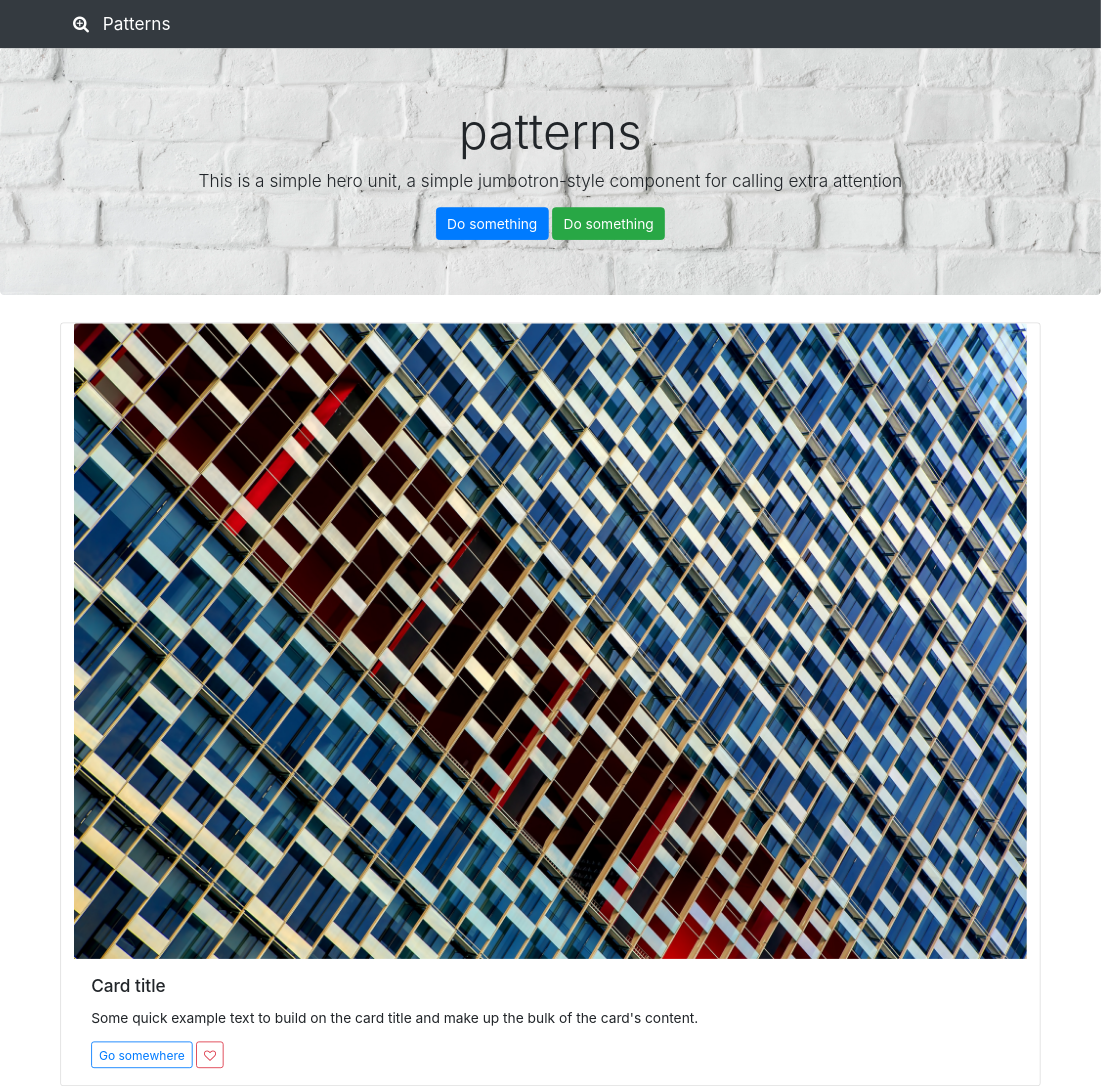
Repository: Mietlicha/patterns
Page: index.html
An editor plug-in stored every save of this project. The page is shown before and after the next save, followed by the edit.
The browser window is 1280 px wide. The pictures show the whole page, at 86% of full size.

Above is the page before, as saved 2019-10-24 11:41:22.

### index.html
<!DOCTYPE html>
<html lang="en">

<head>
    <meta charset="UTF-8">
    <meta name="viewport" content="width=device-width, initial-scale=1.0">
    <meta http-equiv="X-UA-Compatible" content="ie=edge">
    <title>Document</title>
    <link rel="stylesheet" href="style.css">
    <link rel="stylesheet" href="https://stackpath.bootstrapcdn.com/bootstrap/4.3.1/css/bootstrap.min.css"
        integrity="sha384-ggOyR0iXCbMQv3Xipma34MD+dH/1fQ784/j6cY/iJTQUOhcWr7x9JvoRxT2MZw1T" crossorigin="anonymous">
    <link rel="stylesheet" href="https://cdnjs.cloudflare.com/ajax/libs/font-awesome/4.7.0/css/font-awesome.min.css">

</head>

<body>
    <nav class="navbar navbar-dark bg-dark">
        <div class="container"><a class="navbar-brand" href="#"><i class="fa fa-search-plus mr-3" aria-hidden="true"></i>Patterns</a></div>
    </nav>
    <article>
    <section id="header" class="jumbotron">
        <div class="container text-center">
            <h1 class="display-4">patterns</h1>
            <p class="lead">This is a simple hero unit, a simple jumbotron-style component for calling extra attention</p>
            <a href="#" class="btn btn-primary">Do something</a>
            <a href="#" class="btn btn-success">Do something</a>
            </div>
            </section>

            <section class="card container"">
                    <img src="imgs/pattern1.jpeg" class="card-img-top" alt="pattern one">
                    <div class="card-body">
                      <h5 class="card-title">Card title</h5>
                      <p class="card-text">Some quick example text to build on the card title and make up the bulk of the card's content.</p>
                      <a href="#" class="btn btn-outline-primary btn-sm">Go somewhere</a>
                      <a href="#" class="btn btn-outline-danger btn-sm"><i class="fa fa-heart-o" aria-hidden="true"></i></a>
                    </div>
                  </>
        </article>


    <script src="https://code.jquery.com/jquery-3.3.1.slim.min.js"
        integrity="sha384-q8i/X+965DzO0rT7abK41JStQIAqVgRVzpbzo5smXKp4YfRvH+8abtTE1Pi6jizo"
        crossorigin="anonymous"></script>
    <script src="https://cdnjs.cloudflare.com/ajax/libs/popper.js/1.14.7/umd/popper.min.js"
        integrity="sha384-UO2eT0CpHqdSJQ6hJty5KVphtPhzWj9WO1clHTMGa3JDZwrnQq4sF86dIHNDz0W1"
        crossorigin="anonymous"></script>
    <script src="https://stackpath.bootstrapcdn.com/bootstrap/4.3.1/js/bootstrap.min.js"
        integrity="sha384-JjSmVgyd0p3pXB1rRibZUAYoIIy6OrQ6VrjIEaFf/nJGzIxFDsf4x0xIM+B07jRM"
        crossorigin="anonymous"></script>
</body>

</html>

### style.css
#header{
    background: url(imgs/header.jpeg) center / cover no-repeat;
}

After the next save:
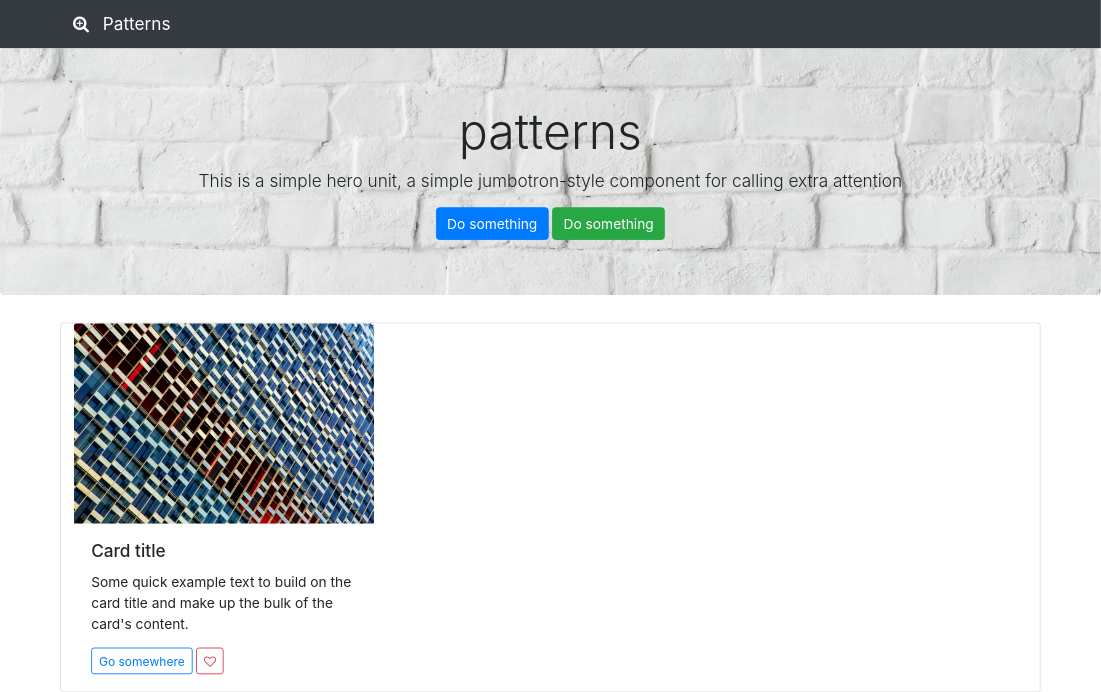
Saved 5 min 19 s later.
--- a/index.html
+++ b/index.html
@@ -15,28 +15,34 @@
 
 <body>
     <nav class="navbar navbar-dark bg-dark">
-        <div class="container"><a class="navbar-brand" href="#"><i class="fa fa-search-plus mr-3" aria-hidden="true"></i>Patterns</a></div>
+        <div class="container"><a class="navbar-brand" href="#"><i class="fa fa-search-plus mr-3"
+                    aria-hidden="true"></i>Patterns</a></div>
     </nav>
     <article>
-    <section id="header" class="jumbotron">
-        <div class="container text-center">
-            <h1 class="display-4">patterns</h1>
-            <p class="lead">This is a simple hero unit, a simple jumbotron-style component for calling extra attention</p>
-            <a href="#" class="btn btn-primary">Do something</a>
-            <a href="#" class="btn btn-success">Do something</a>
+        <section id="header" class="jumbotron">
+            <div class="container text-center">
+                <h1 class="display-4">patterns</h1>
+                <p class="lead">This is a simple hero unit, a simple jumbotron-style component for calling extra
+                    attention</p>
+                <a href="#" class="btn btn-primary">Do something</a>
+                <a href="#" class="btn btn-success">Do something</a>
             </div>
-            </section>
+        </section>
 
-            <section class="card container"">
-                    <img src="imgs/pattern1.jpeg" class="card-img-top" alt="pattern one">
-                    <div class="card-body">
-                      <h5 class="card-title">Card title</h5>
-                      <p class="card-text">Some quick example text to build on the card title and make up the bulk of the card's content.</p>
-                      <a href="#" class="btn btn-outline-primary btn-sm">Go somewhere</a>
-                      <a href="#" class="btn btn-outline-danger btn-sm"><i class="fa fa-heart-o" aria-hidden="true"></i></a>
-                    </div>
-                  </>
-        </article>
+        <section class="card container"">
+            <div class="row">
+                    <div class="col-md-4">
+            <img src=" imgs/pattern1.jpeg" class="card-img-top" alt="pattern one">
+            <div class="card-body">
+                <h5 class="card-title">Card title</h5>
+                <p class="card-text">Some quick example text to build on the card title and make up the bulk of the
+                    card's content.</p>
+                <a href="#" class="btn btn-outline-primary btn-sm">Go somewhere</a>
+                <a href="#" class="btn btn-outline-danger btn-sm"><i class="fa fa-heart-o" aria-hidden="true"></i></a>
+            </div>
+            </div>
+            </div>
+    </article>
 
 
     <script src="https://code.jquery.com/jquery-3.3.1.slim.min.js"
